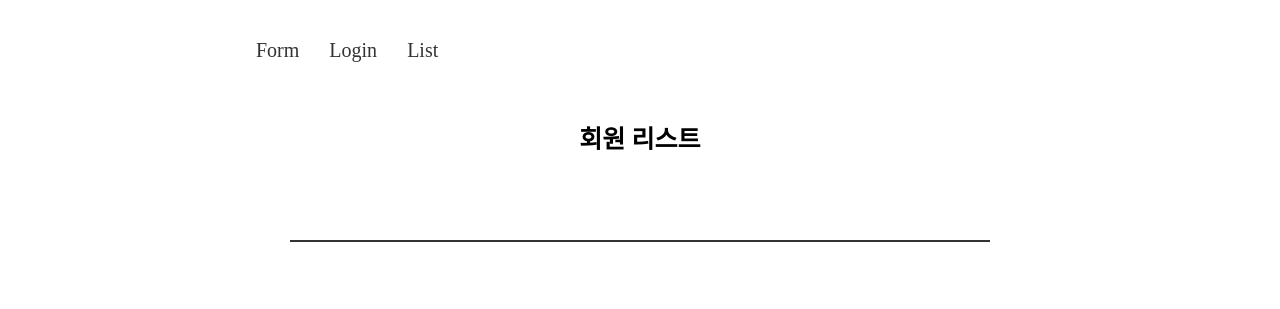
Repository: zeroj-0/eclipseProjects
Page: http://localhost/jv301/mod010/user_list.do
An editor plug-in stored every save of this project. The page is shown before and after the next save, followed by the edit.
The browser window is 1280 px wide. The pictures show the whole page.
The page is served by Tomcat 9. Other server files are loaded and not shown. Queries for data that is not in the repository find no rows.

Above is the page before, as saved 2022-07-07 06:50:44.

### jv301/src/main/webapp/mod010/user_list.jsp
<%@ page language="java" contentType="text/html; charset=UTF-8" pageEncoding="UTF-8"%>
<%@ taglib prefix="c" uri="http://java.sun.com/jsp/jstl/core" %>
<!DOCTYPE html>
<html>
<head>
<meta charset="UTF-8">
<title>Insert title here</title>
<link rel="stylesheet" href="./fixmethod.css">
<link rel="stylesheet" href="./style.css">
<style>
	table {
		border: 1px solid #333;
		width: 100%;
		margin: 0 auto;
	}
	table td {
		border: 1px solid #333;
		border-collapse : collapse;
		width: 100px;
		text-align: center;
	}
</style>
</head>
<body>
<div id="wrapper">
	<div id="header">
		<%@ include file="/incl/menu.jsp" %>
	</div>
<h3 class="title">회원 리스트</h3>
	<div class="container">
				<table>
					<c:forEach var="user" items="${user}">
						<tr>
							<th>이름</th><th>아이디</th><th>이메일</th>
						</tr>
						<tr>
							<td>
								${user.getUserName()}
							</td>
							<td>
								${user.getUserId()}
							</td>
							<td>
								${user.getEmail()}
							</td>
						</tr>
					</c:forEach>
				</table>
	</div>
</div>
</body>
</html>

### jv301/src/main/webapp/incl/menu.jsp
<%@ page language="java" contentType="text/html; charset=UTF-8"  pageEncoding="UTF-8"%>

<div class="gnb">
	<ul>
		<li><a href="add_user.jsp">Form</a></li>
		<li><a href="login">Login</a></li>
		<li><a href="user_list.do">List</a></li>
	</ul>
</div>

### jv301/src/main/java/com/varxyz/jv301/mod010/UserListServlet.java
package com.varxyz.jv301.mod010;

import java.io.IOException;
import java.util.List;

import javax.servlet.RequestDispatcher;
import javax.servlet.ServletException;
import javax.servlet.annotation.WebServlet;
import javax.servlet.http.HttpServlet;
import javax.servlet.http.HttpServletRequest;
import javax.servlet.http.HttpServletResponse;

@WebServlet("/mod010/user_list.do")
public class UserListServlet extends HttpServlet {
	private UserService userService;
	private static final long serialVersionUID = 1L;

	protected void doGet(HttpServletRequest request, HttpServletResponse response) throws ServletException, IOException {
		userService = UserService.getInstance();
		List<User> userList = userService.getAllUsers();
		request.setAttribute("user", userList);

		RequestDispatcher dispatcher = null;
		dispatcher = request.getRequestDispatcher("user_list.jsp");
		dispatcher.forward(request, response);
	}

	protected void doPost(HttpServletRequest request, HttpServletResponse response) throws ServletException, IOException {
		request.setCharacterEncoding("utf-8");

		String userId = request.getParameter("userId");

		request.setAttribute("userId", userId);

		RequestDispatcher dispatcher = null;
		dispatcher = request.getRequestDispatcher("update.jsp");
		dispatcher.forward(request, response);
	}

}

### jv301/src/main/java/com/varxyz/jv301/mod010/UserDao.java
package com.varxyz.jv301.mod010;

import java.sql.Connection;
import java.sql.PreparedStatement;
import java.sql.ResultSet;
import java.sql.SQLException;
import java.util.ArrayList;
import java.util.List;

public class UserDao {
	DataSource dataSource = null;

	public UserDao() {
		NamingService namingService = NamingService.getInstance();
		dataSource = (DataSource)namingService.getAttribute("dataSource");
	}

	public List<User> findAllUsers() {
		String sql = "SELECT * FROM User";
		List<User> userList = new ArrayList<User>();
		try {
			Connection con = null;
			PreparedStatement pstmt = null;
			ResultSet rs = null;
			try {
				con = dataSource.getConnection();
				pstmt = con.prepareStatement(sql);
				rs = pstmt.executeQuery();

				while(rs.next()) {
					User user = new User();
					user.setUserId(rs.getString("id"));
					user.setUserName(rs.getString("name"));
					user.setEmail(rs.getString("email"));
					user.setAddr(rs.getString("addr"));

					userList.add(user);
				}
			} finally {
				dataSource.close(rs, pstmt, con);
			}
		} catch (SQLException e) {
			e.printStackTrace();
		}
		return userList;
	}

	public void addUser(User user) {
		String sql = "INSERT INTO User(id,passwd,name,email,addr,ssn) VALUES (?,?,?,?,?,?)";
		try {
			Connection con = null;
			PreparedStatement pstmt = null;

			con = dataSource.getConnection();
			pstmt = con.prepareStatement(sql);

			pstmt.setString(1, user.getUserId());
			pstmt.setString(2, user.getPasswd());
			pstmt.setString(3, user.getUserName());
			pstmt.setString(4, user.getEmail());
			pstmt.setString(5, user.getAddr());
			pstmt.setString(6, user.getSsn());

			pstmt.executeUpdate();
			dataSource.close(pstmt, con);
		} catch (Exception e) {
			e.printStackTrace();
		}
	}
	public String findUserId(String userId) {
		String sql = "SELECT id FROM User WHERE id=?";
		String id = null;
		try {
			Connection con = null;
			PreparedStatement pstmt = null;
			ResultSet rs = null;
			try {
				con = dataSource.getConnection();
				pstmt = con.prepareStatement(sql);
				pstmt.setString(1, userId);

				rs = pstmt.executeQuery();

				if(rs.next()) {
					id= rs.getString("id");
				}

			} finally {
				dataSource.close(rs,pstmt, con);
			}
		} catch(Exception e) {
			e.printStackTrace();
		}
		if(id==null) {
			id="";
		}
		return id;
	}

	public String findUserPasswd(String passwd) {
		String sql = "SELECT passwd FROM User WHERE passwd=?";
		String pw = null;
		try {
			Connection con = null;
			PreparedStatement pstmt = null;
			ResultSet rs = null;
			try {
				con = dataSource.getConnection();
				pstmt = con.prepareStatement(sql);
				pstmt.setString(1, passwd);
				rs = pstmt.executeQuery();

				if(rs.next()) {
					pw= rs.getString("passwd");
				}

			} finally {
				dataSource.close(rs,pstmt, con);
			}
		} catch(Exception e) {
			e.printStackTrace();
		}
		if(pw==null) {
			pw = "";
		}
		return pw;
	}
	public User findUserByUserId(String userId) {
		String sql = "SELECT id,passwd,name,email,addr,ssn FROM User WHERE id=?";
		User user = new User();
		try  {
			Connection con = null;
			PreparedStatement pstmt = null;
			ResultSet rs = null;
			try {
				con = dataSource.getConnection();
				pstmt = con.prepareStatement(sql);
				pstmt.setString(1, userId);
				rs = pstmt.executeQuery();

				while(rs.next()) {
					user.setUserId(rs.getString("id"));
					user.setUserId(rs.getString("passwd"));
					user.setUserName(rs.getString("name"));
					user.setSsn(rs.getString("ssn"));
					user.setEmail(rs.getString("email"));
					user.setAddr(rs.getString("addr"));
					user.setSsn(rs.getString("ssn"));
				}
			} finally {
				dataSource.close(rs, pstmt, con);
			}
		} catch(Exception e) {
			e.printStackTrace();
		}
		return user;
	}
}

### jv301/src/main/webapp/mod010/fixmethod.css
@charset "UTF-8";
* { box-sizing: border-box; margin: 0; padding: 0;}
ul, li {list-style: none;}
a {text-decoration: none; color: #333;}

.gnb {
  width: 100%;
  height: 70px;
  float: left;
  padding-left: 20%;
}
ul li {
  float: left;
  height: 100%;
  margin-left: 30px;
}
ul li:first-child {
  margin-left: 0;
}

a {
  line-height: 70px;
  font-size: 20px;
}
a:hover {
  color: #000;
  font-weight: 600;
}
#header {
	height: 100px;
	width: 100%;
	text-align: center;
	font-size: 20px;
	line-height: 100px;
}
#footer {
	margin-top: 100px;
	text-align: center;
}

### jv301/src/main/webapp/mod010/style.css
@charset "UTF-8";
* { box-sizing: border-box; margin: 0; padding: 0;}
ul, li {list-style: none;}
a {text-decoration: none; color: #333;}

.container {
  padding-top: 60px;
  display: flex;
  flex-wrap: wrap;
  height: 100%;
  width: 700px;
  margin: 0 auto;
}
form {
  width: 100%;
}
h3 {
  font-size: 25px;
  width: 100%;
}
.d {
  height: 50px;
  width: 100%;
  display: flex;
  justify-content: left;
  align-items: center;
  margin-top: 10px;
}
.d > input {
  height: 35px;
  line-height: 35px;
  padding-left: 5px;

}
select {
  height: 35px;
  width: 150px;
  font-size: 15px;
}
span.email {
  margin: 0 5px;
}
.checkbox-layout {
  height: 100px;
}
.inner-box {
  margin: 0;
  display: block;
  width: 100%;
  height: 100%;
}
.inner-box h2 {
  width: 100%;
}
.box {
  display: inline-block;
  width: 18%;
  position: relative;
  overflow: hidden;
}
.box label {
  position: absolute;
  top: 14px;
  left: 20px;
}
.box input {
  height: 50px;
}
span {
  font-size: 18px;
  font-weight: 400;
  color: #333;
}
.btn {
  justify-content: center;
  width: 80px;
  height: 40px;
  margin: 0 auto;
  background: #f9f9f9;
  border-radius: 12px;
  border: 1px solid #000;
  margin-top: 20px;
}
button {
	border-style: none;
}
button.btn-inner {
  border-style: none;
  height: 40px;
  width: 75px;
  font-size:20px;
  background: none;
  cursor: pointer;
}
.address1 {
	width: 250px;
	margin-right: 10px;
}

.title {
	width: 100%;
	text-align: center;
	height: 80px;
	line-height: 80px;
}

After the next save:
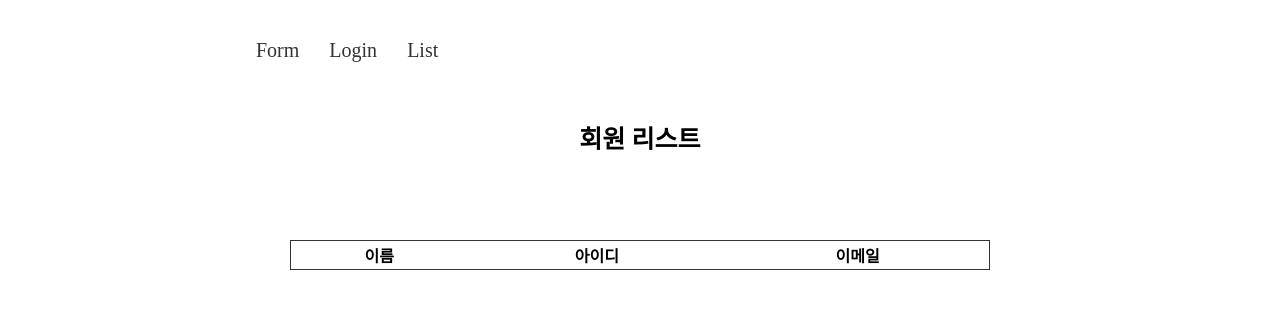
Saved 12 s later.
--- a/jv301/src/main/webapp/mod010/user_list.jsp
+++ b/jv301/src/main/webapp/mod010/user_list.jsp
@@ -29,10 +29,10 @@
 <h3 class="title">회원 리스트</h3>
 	<div class="container">
 				<table>
+					<tr>
+						<th>이름</th><th>아이디</th><th>이메일</th>
+					</tr>
 					<c:forEach var="user" items="${user}">
-						<tr>
-							<th>이름</th><th>아이디</th><th>이메일</th>
-						</tr>
 						<tr>
 							<td>
 								${user.getUserName()}
